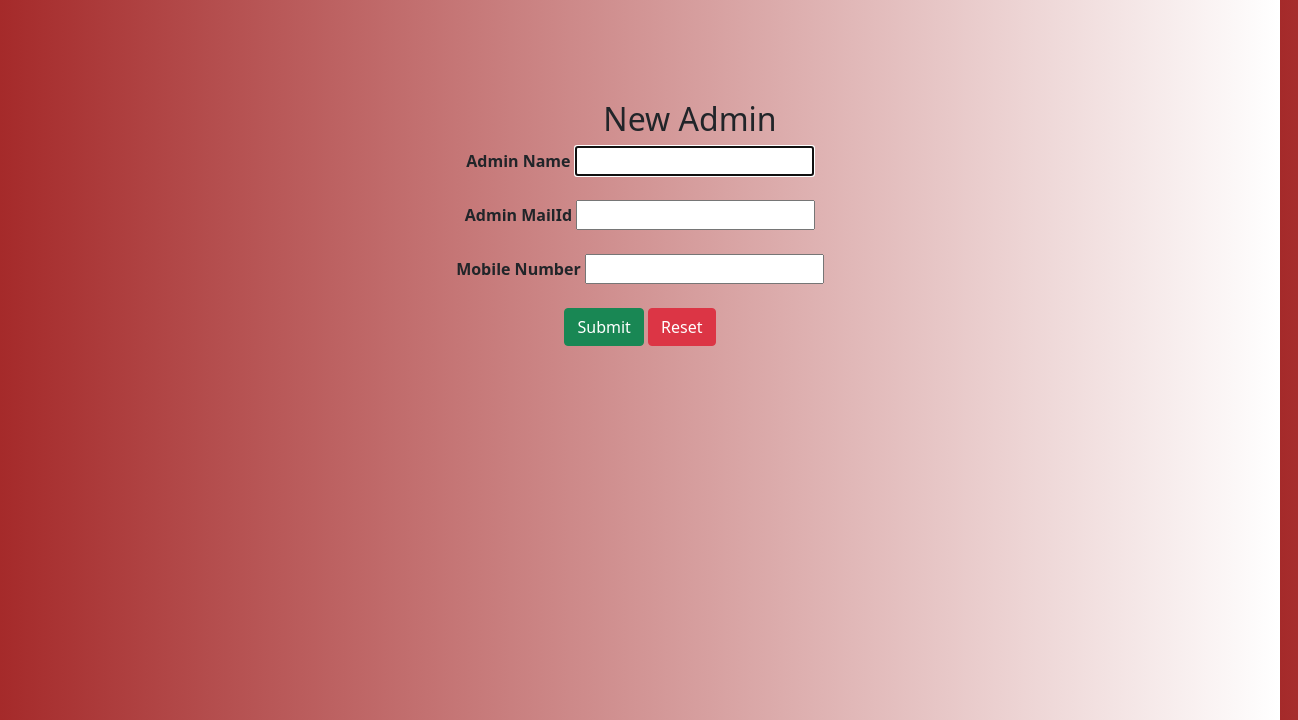
Repository: selvakumar46/Project-Maven
Page: http://localhost/ProjectKFC/NewAdmin.jsp
The author's editor kept a copy of each file at every save. The page is drawn from the files as they stood at one save, then again after the next save.
The browser window is 1280 px wide. The page is 1298 px wide, so the pictures cover 1298 px, including what lies to the right of the window. The pictures show the whole page.
The page is served by Tomcat 9. Nobody is signed in. The application's start-up code is not run.

Above is the page before, as saved 2022-01-12 05:20:59.

After the next save:
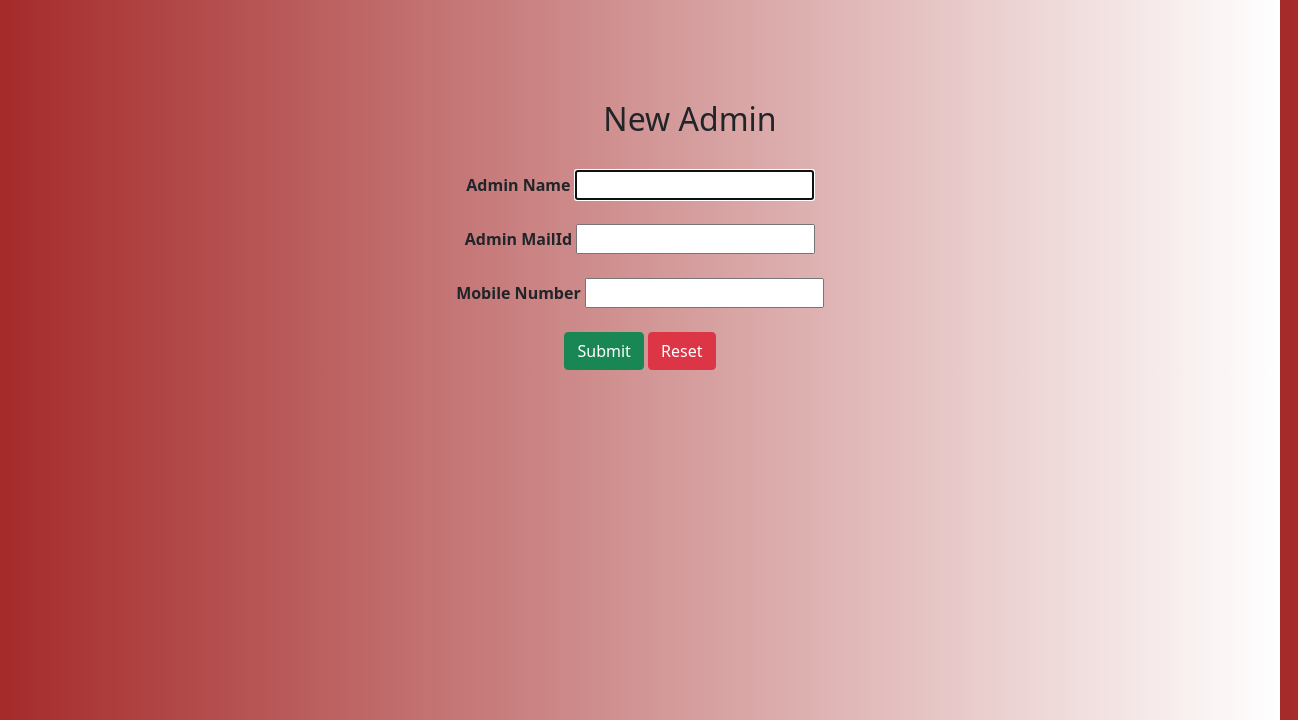
Saved 8 s later.
--- a/ProjectKFC/src/main/webapp/NewAdmin.jsp
+++ b/ProjectKFC/src/main/webapp/NewAdmin.jsp
@@ -24,7 +24,7 @@ h2{
 	<center>
 		<form action="newAdmin">
 			<div class="container">
-				<h2>New Admin</h2>
+				<h2>New Admin</h2> <br>
 				<label for="adminName" id="adminName"><b>Admin Name</b></label>
 				<input type="text" name="adminName" required autofocus> <br> <br>
 				<label for="adminMailId" id="adminMailId"><b>Admin MailId</b></label>
